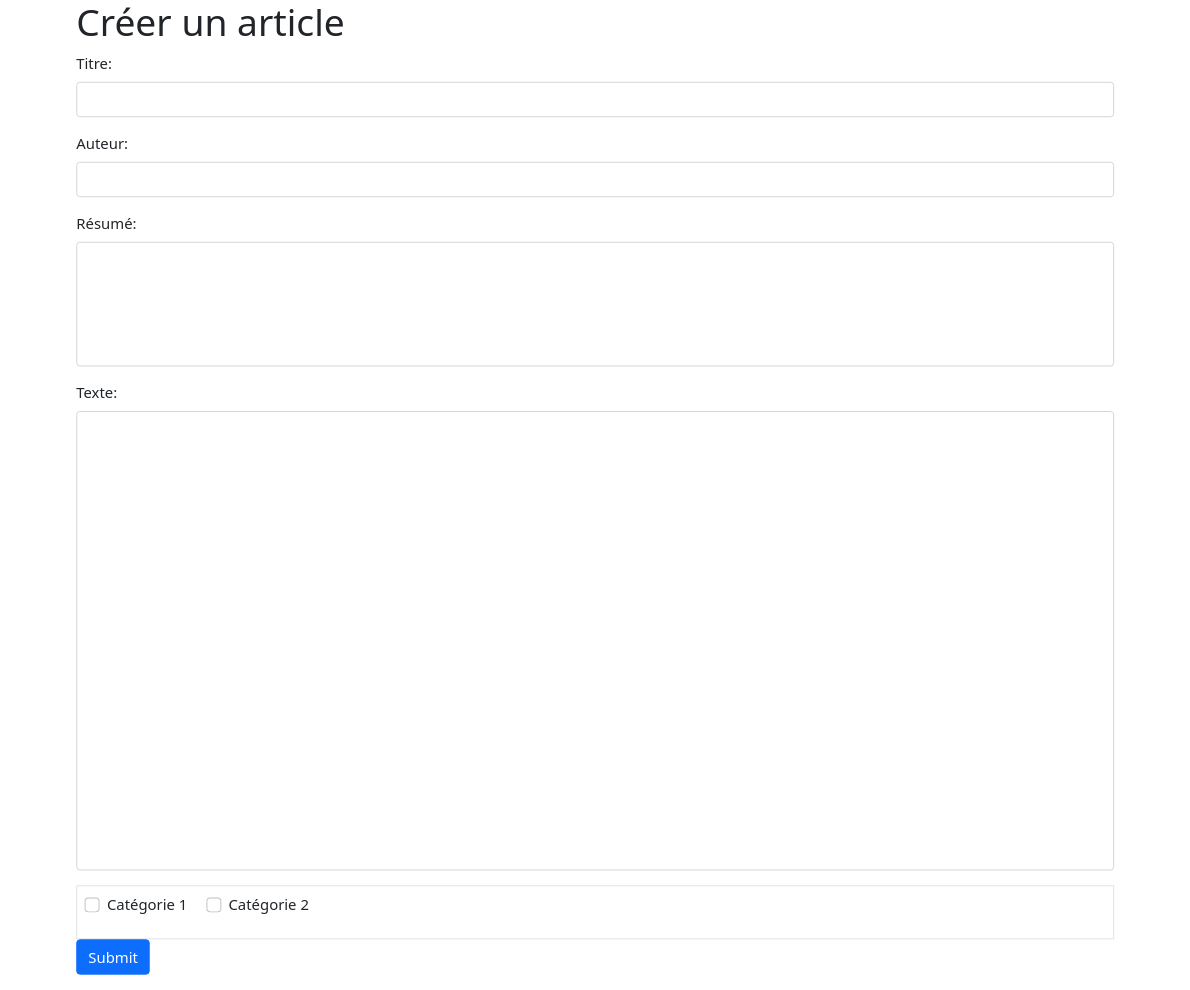
Repository: QuentinFayt/NewsWeb
Page: sources/adminNewsWeb/createArticle.html
The author's editor kept a copy of each file at every save. The page is drawn from the files as they stood at one save, then again after the next save.
The browser window is 1280 px wide. The pictures show the whole page, at 93% of full size.

Above is the page before, as saved 2021-12-23 11:18:17.

### sources/adminNewsWeb/createArticle.html
<!doctype html>
<html lang="fr">

<head>
    <!-- Required meta tags -->
    <meta charset="utf-8">
    <meta name="viewport" content="width=device-width, initial-scale=1">

    <!-- Bootstrap CSS -->
    <link href="https://cdn.jsdelivr.net/npm/bootstrap@5.1.3/dist/css/bootstrap.min.css" rel="stylesheet" integrity="sha384-1BmE4kWBq78iYhFldvKuhfTAU6auU8tT94WrHftjDbrCEXSU1oBoqyl2QvZ6jIW3" crossorigin="anonymous">

    <title>Créer un article</title>
</head>

<body>
    <main class="container">
        <h1>Créer un article</h1>
        <form>
            <div class="mb-3">
                <label for="titre" class="form-label">Titre:</label>
                <input name="title" type="text" class="form-control" id="titre" required>
            </div>
            <div class="mb-3">
                <label for="autor" class="form-label">Auteur:</label>
                <input name="autor" type="text" class="form-control" id="autor" required>
            </div>
            <div class="mb-3">
                <label for="summary" class="form-label">Résumé:</label>
                <textarea name="summary" class="form-control" id="summary" rows="5" style="resize: none;" required></textarea>
            </div>
            <div class="mb-3">
                <label for="text" class="form-label">Texte:</label>
                <textarea name="text" class="form-control" id="text" rows="20" style="resize: none;" required></textarea>
            </div>
            <fieldset class="border p-2">
                <div class="form-check form-check-inline mb-3">
                    <input name="section" class="form-check-input" type="checkbox" id="section1" value="option1">
                    <label class="form-check-label" for="section1">Catégorie 1</label>
                </div>
                <div class="form-check form-check-inline">
                    <input name="section" class="form-check-input" type="checkbox" id="section2" value="option2">
                    <label class="form-check-label" for="section2">Catégorie 2</label>
                </div>
            </fieldset>
            <div class="mb-3">
                <button type="submit" class="btn btn-primary">Submit</button>
            </div>
        </form>
    </main>
    <script src="https://cdn.jsdelivr.net/npm/bootstrap@5.1.3/dist/js/bootstrap.bundle.min.js" integrity="sha384-ka7Sk0Gln4gmtz2MlQnikT1wXgYsOg+OMhuP+IlRH9sENBO0LRn5q+8nbTov4+1p" crossorigin="anonymous"></script>
</body>

</html>

After the next save:
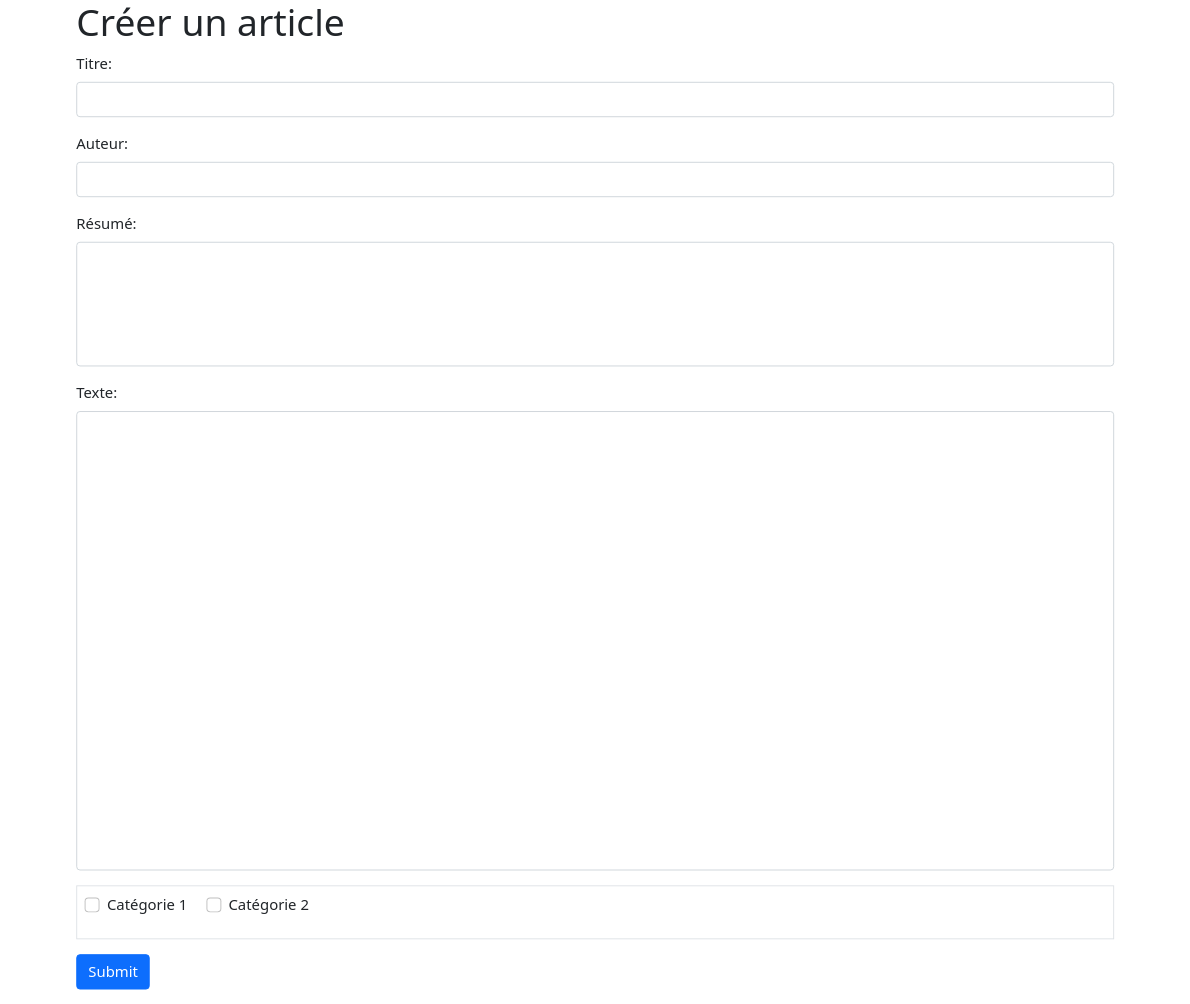
Saved 14 s later.
--- a/sources/adminNewsWeb/createArticle.html
+++ b/sources/adminNewsWeb/createArticle.html
@@ -32,7 +32,7 @@
                 <label for="text" class="form-label">Texte:</label>
                 <textarea name="text" class="form-control" id="text" rows="20" style="resize: none;" required></textarea>
             </div>
-            <fieldset class="border p-2">
+            <fieldset class="border p-2 mb-3">
                 <div class="form-check form-check-inline mb-3">
                     <input name="section" class="form-check-input" type="checkbox" id="section1" value="option1">
                     <label class="form-check-label" for="section1">Catégorie 1</label>
